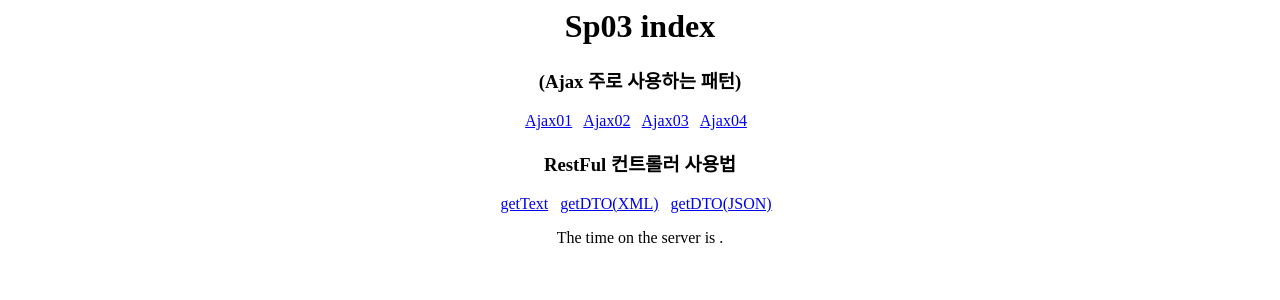
Repository: betweenhj702/Spring-practice-in-bit
Page: http://localhost/Sp03/WEB-INF/views/index.jsp
The author's editor kept a copy of each file at every save. The page is drawn from the files as they stood at one save, then again after the next save.
The browser window is 1280 px wide. The pictures show the whole page.
The page is served by Tomcat 9. Nobody is signed in. Other server files are loaded and not shown. The template is opened directly, without the code that normally fills it, so the values that code supplies are empty.

Above is the page before, as saved 2021-01-25 07:23:50.

### workspace/Sp03/src/main/webapp/WEB-INF/views/index.jsp
<%@ taglib uri="http://java.sun.com/jsp/jstl/core" prefix="c" %>
<%@ page contentType="text/html; charset=utf-8" %>
<html>
<head>
	<title>Home</title>
</head>
<body>
<div style="text-align:center">
		   <h1>Sp03 index </h1>
		   <h3>(Ajax 주로 사용하는 패턴)</h3>
		   <p>
		   		<a href="ajax/test01.do">Ajax01</a>&nbsp;&nbsp;
		   		<a href="ajax/test02.do">Ajax02</a>&nbsp;&nbsp;
		   		<a href="ajax/test03.do">Ajax03</a>&nbsp;&nbsp;
		   		<a href="ajax/test04.do">Ajax04</a>&nbsp;&nbsp;
		   </p>
		   <p>
		   		<h3>RestFul 컨트롤러 사용법</h3>
		   		<a href="rest/getText">getText</a>&nbsp;&nbsp;
		   		<a href="rest/getAddress">getDTO(XML)</a>&nbsp;&nbsp;
		   		<a href="rest/getAddress.json">getDTO(JSON)</a>&nbsp;&nbsp;
		   </p>
		   <P>  The time on the server is ${serverTime}. </P>
		</div>



</body>
</html>

After the next save:
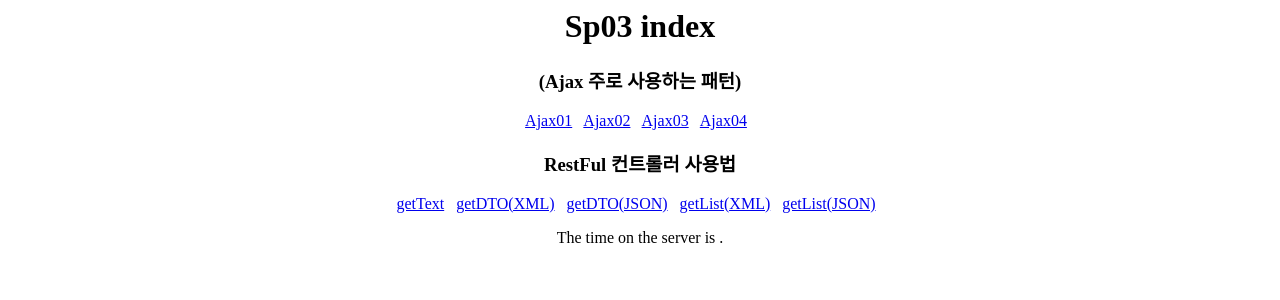
Saved 24 s later.
--- a/workspace/Sp03/src/main/webapp/WEB-INF/views/index.jsp
+++ b/workspace/Sp03/src/main/webapp/WEB-INF/views/index.jsp
@@ -19,6 +19,8 @@
 		   		<a href="rest/getText">getText</a>&nbsp;&nbsp;
 		   		<a href="rest/getAddress">getDTO(XML)</a>&nbsp;&nbsp;
 		   		<a href="rest/getAddress.json">getDTO(JSON)</a>&nbsp;&nbsp;
+		   		<a href="rest/getAddress">getList(XML)</a>&nbsp;&nbsp;
+		   		<a href="rest/getAddress.json">getList(JSON)</a>&nbsp;&nbsp;
 		   </p>
 		   <P>  The time on the server is ${serverTime}. </P>
 		</div>
